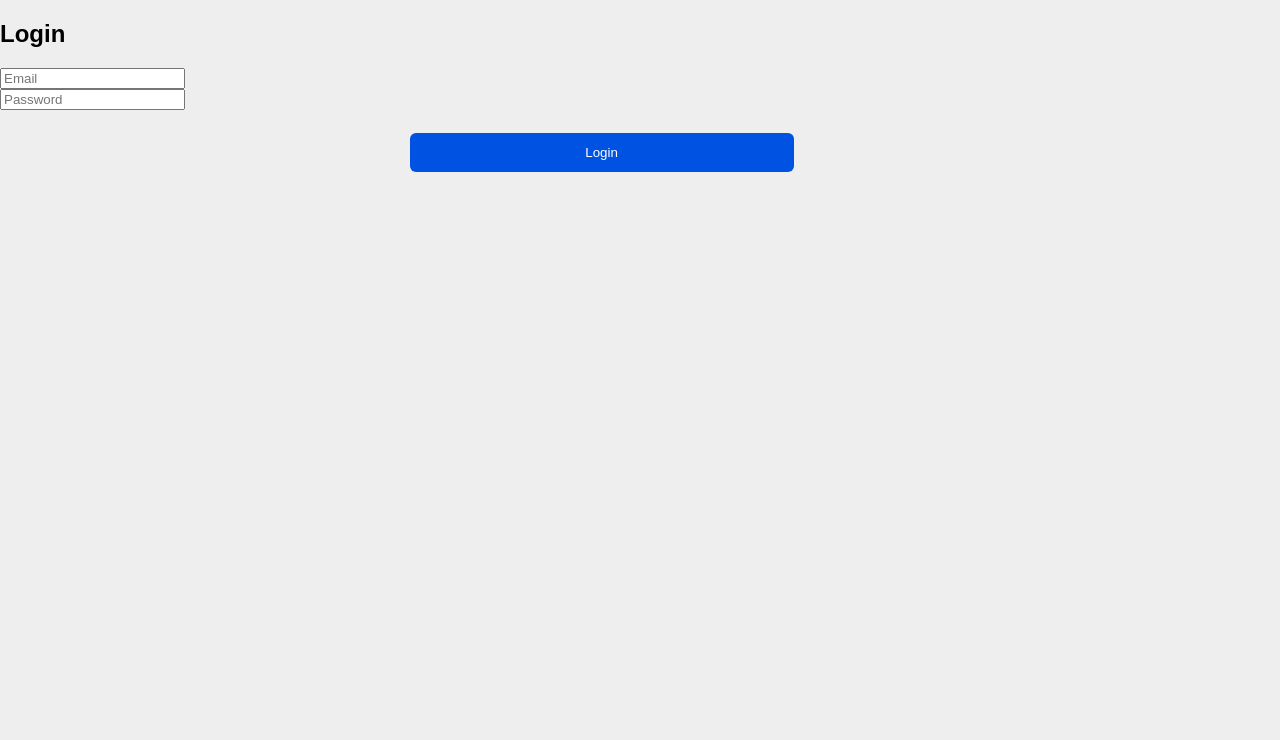
Repository: ragav-byte/Returns_radars
Page: / (app in frontend/)
An editor plug-in stored every save of this project. The page is shown before and after the next save, followed by the edit.
The browser window is 1280 px wide. The pictures show the whole page.
The project was rebuilt for these pictures with package versions that can differ from the ones it lists, and the page was loaded fresh each time. Also part of the build but not shown: frontend/src/components/GeminiPopup.css, frontend/src/components/GeminiPopup.js, frontend/src/components/ReturnHistory.js, frontend/src/components/Dashboard.js, frontend/src/components/AdminPanel.js.

Above is the page before, as saved 2025-06-29 18:52:35.

### frontend/public/index.html
<!DOCTYPE html>
<html lang="en">
  <head>
    <meta charset="UTF-8" />
    <link rel="icon" href="%PUBLIC_URL%/favicon.ico" />
    <meta name="viewport" content="width=device-width, initial-scale=1.0" />
    <meta name="theme-color" content="#ffffff" />
    <title>Returns Radar</title>
  </head>
  <body>
    <noscript>You need to enable JavaScript to run this app.</noscript>
    <div id="root"></div>
  </body>
</html>

### frontend/src/index.js
import React, { useState, useEffect } from 'react';
import ReactDOM from 'react-dom/client';
import './index.css';

import Login from './components/Login';
import Dashboard from './components/Dashboard';
import AdminPanel from './components/AdminPanel';

import { auth, db } from './firebase/config';
import { onAuthStateChanged } from 'firebase/auth';
import { doc, getDoc } from 'firebase/firestore';

const App = () => {
  const [user, setUser] = useState(null);
  const [role, setRole] = useState(null);
  const [loading, setLoading] = useState(true);

  useEffect(() => {
    const unsubscribe = onAuthStateChanged(auth, async (currentUser) => {
      if (currentUser) {
        setUser(currentUser);

        // fetch role from Firestore
        const userDoc = await getDoc(doc(db, "users", currentUser.uid));
        if (userDoc.exists()) {
          setRole(userDoc.data().role || "user"); // default to 'user'
        } else {
          setRole("user");
        }
      } else {
        setUser(null);
        setRole(null);
      }
      setLoading(false);
    });

    return () => unsubscribe();
  }, []);

  if (loading) return <div>Loading...</div>;

  if (!user) return <Login />;

  if (role === "admin") {
    return <AdminPanel user={user} onLogout={() => auth.signOut()} />;
  }

  return <Dashboard user={user} onLogout={() => auth.signOut()} />;
};

const root = ReactDOM.createRoot(document.getElementById('root'));
root.render(<App />);

### frontend/src/index.css
body {
  margin: 0;
  font-family: -apple-system, BlinkMacSystemFont, 'Segoe UI', 'Roboto', 'Oxygen',
    'Ubuntu', 'Cantarell', 'Fira Sans', 'Droid Sans', 'Helvetica Neue',
    sans-serif;
  -webkit-font-smoothing: antialiased;
  -moz-osx-font-smoothing: grayscale;
}

code {
  font-family: source-code-pro, Menlo, Monaco, Consolas, 'Courier New',
    monospace;
}

* {
  box-sizing: border-box;
}

html, body, #root {
  height: 100%;
}

### frontend/src/components/Login.js
// components/Login.js
import React, { useState } from "react";
import { signInWithEmailAndPassword } from "firebase/auth";
import { auth, db } from "../firebase/config";
import { doc, getDoc } from "firebase/firestore";

export default function Login({ onLoginSuccess }) {
  const [email, setEmail] = useState("");
  const [password, setPassword] = useState("");
  const [error, setError] = useState("");

  const handleLogin = async (e) => {
    e.preventDefault();
    try {
      const userCredential = await signInWithEmailAndPassword(auth, email, password);
      const uid = userCredential.user.uid;

      const userDoc = await getDoc(doc(db, "users", uid));
      const userData = userDoc.data();

      onLoginSuccess({ uid, ...userData });
    } catch (err) {
      setError(err.message);
    }
  };

  return (
    <form onSubmit={handleLogin}>
      <h2>Login</h2>
      <input
        type="email"
        placeholder="Email"
        value={email}
        onChange={(e) => setEmail(e.target.value)}
        required
      />
      <br />
      <input
        type="password"
        placeholder="Password"
        value={password}
        onChange={(e) => setPassword(e.target.value)}
        required
      />
      <br />
      <button type="submit">Login</button>
      {error && <p style={{ color: "red" }}>{error}</p>}
    </form>
  );
}

### frontend/src/firebase/config.js
import { initializeApp } from "firebase/app";
import { getAuth } from "firebase/auth";
import { getFirestore, serverTimestamp } from "firebase/firestore"; // ✅ Firestore only

const firebaseConfig = {
  apiKey: "AIzaSyCeB2jMvDdUHUTANY8iFS9hsTug-2JGjrU",
  authDomain: "returnsradar.firebaseapp.com",
  projectId: "returnsradar",
  storageBucket: "returnsradar.appspot.com",
  messagingSenderId: "29621255516",
  appId: "1:29621255516:web:de4b66341c26bb01379599"
};

const app = initializeApp(firebaseConfig);
const db = getFirestore(app);

export const auth = getAuth(app);
export { db, serverTimestamp };

### frontend/src/components/Dashboard.css
*{
  font-family: "Poppins",sans-serif;
}
body{
  background-color: #eeeeee;
}
.logo{
    position: relative;
    left: 3%;
    top: 20px;
}
.nav-bar{
  background-color: #0053E2;
  width: 100%;
  height: 80px;
  position: absolute;
}

.dash-container {
width: 50%;
    background: #FFF;
    padding: 24px;
    border-radius: 10px;
    height: 77.5vh;
    font-family: 'Segoe UI', sans-serif;
    margin-top: 129px;
    margin-left: 23px;

}

.dash-header {
  display: flex;
  justify-content: space-between;
  align-items: center;
}
.dash-heading{
   color: #000;
   font-size: 20px;
   font-weight: 600;
   margin: 0;
}
.clock-btn {
  background: #eee;
  padding: 8px 12px;
  border: none;
  border-radius: 6px;
  cursor: pointer;
}

.return-form {
  display: flex;
  flex-direction: column;
  gap: 10px;
  margin-top: 20px;
}

input[type="text"], textarea, input[type="file"] {
  width: 100%;
  padding: 10px;
  border: 1px solid #ccc;
  border-radius: 6px;
}
.flex-2{
  width: 50%;
}
textarea {
  resize: vertical;
}

button[type="submit"] {
background-color: #0053E2;
    color: white;
    padding: 12px;
    border: none;
    border-radius: 6px;
    cursor: pointer;
    width: 30%;
    margin-left: 32%;
    margin-top: 23px;
}

button[type="submit"]:hover {
  background-color: #0053E2;
  color: #FDBB30;
}
 .text-input{
   border-radius: 15px;
border: 1px solid rgba(0, 0, 0, 0.28);
background: #FFF;
 }
  .text-input-desc{
   border-radius: 6px;
border: 1px solid rgba(0, 0, 0, 0.28);
background: #FFF;
 }
.upload-container {
      display: flex;
    align-items: center;
    gap: 12px;
    margin-top: 20px;
    width: 65%;
    margin-left: 29px;
}

.file-name {
  font-size: 14px;
   font-weight: 600;
  color: #000;
  flex: 1;
  overflow: hidden;
  white-space: nowrap;
  text-overflow: ellipsis;
}

.custom-file-upload {
    border: 1px solid rgba(0, 0, 0, 0.28);
    color: #878181;
    padding: 8px 9px;
    border-radius: 8px;
    cursor: pointer;
    font-weight: 400;
    font-size: 12px;
    transition: background 0.3s ease;
}

.custom-file-upload:hover {
  color: #FDBB30;
}

.inp-plc-hld{
  margin: 0;
  font-weight: 600;
  color: #000;
      position: relative;
    top: 11px;
}
.dash-body{
  display: flex;
}

.product-info-box{
    width: 93%;
    height: 150px;
    top: 129px;
    position: relative;
    background-color: #FFF;
    border-radius: 10px;
    left: 20px;
    padding: 20px;
}
.prod-box{
    width: 70%;
    height: 88px;
    overflow-y: hidden;
    background-color: #eeeeee;
    border-radius: 10px;
    top: 2px;
    position: relative;
    left: 8%;
}
.prod-name-specs{
    position: relative;
    left: 29%;
    width: max-content;
    font-weight: 600;
     font-size: 13px;
}
.prod-name-text{
    position: relative;
    left: 29%;
    width: max-content;
    font-weight: 600;
    font-size: 13px;
}
.prod-name-img{
    width: 76px;
    height: max-content;
    position: relative;
    top: 24px;
    left: 12px;
    background-color: #fff;
    border-radius: 10px;
}
.prod-img-box{
    width: 150px;
    height: 147px;
    position: relative;
    top: -96px;
}

.steps-container {
background-color: #fff;
border-radius: 12px;
    padding: 20px;
    width: 93%;
    height: 56vh;
    position: relative;
    top: 118px;
    margin: 19px;
}

.steps-heading {
  font-size: 1.5rem;
  margin-bottom: 1rem;
  color: #2c3e50;
  text-align: center;
}

.steps-list {
    padding-left: 1.5rem;
    line-height: 4.1;
    top: -2px;
    position: relative;
    left: 9px;
    font-size: 13px;
}

.steps-list-item {
  font-size: 1rem;
  margin-bottom: 0.5rem;
  color: #34495e;
}
ul{
  list-style: none;
}
.background-shape {
    position: absolute;
    top: 78px;
    left: 19px;
    width: 23px;
    height: 287px;
    z-index: 0;
}

After the next save:
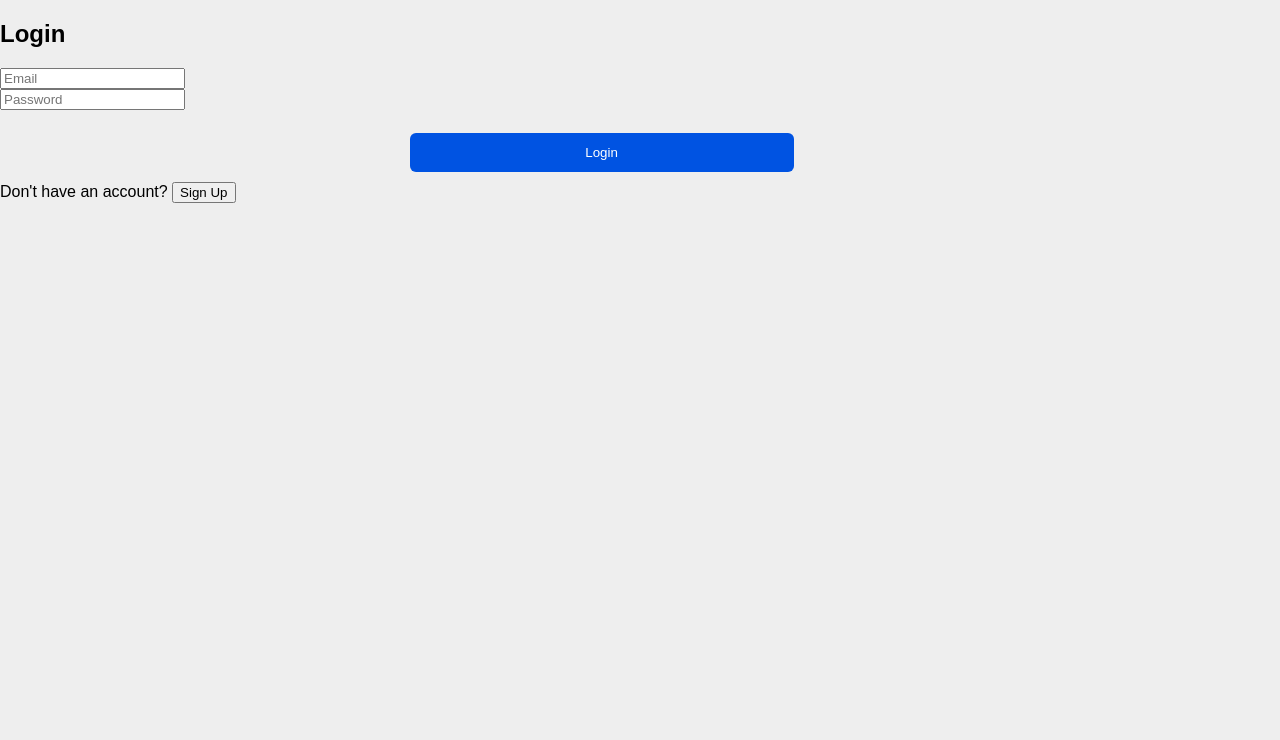
Saved 4 min 38 s later.
--- a/frontend/src/components/Login.js
+++ b/frontend/src/components/Login.js
@@ -1,24 +1,42 @@
-// components/Login.js
 import React, { useState } from "react";
-import { signInWithEmailAndPassword } from "firebase/auth";
+import { signInWithEmailAndPassword, createUserWithEmailAndPassword } from "firebase/auth";
 import { auth, db } from "../firebase/config";
-import { doc, getDoc } from "firebase/firestore";
+import { doc, getDoc, setDoc } from "firebase/firestore";
 
 export default function Login({ onLoginSuccess }) {
+  const [isSignup, setIsSignup] = useState(false);
   const [email, setEmail] = useState("");
   const [password, setPassword] = useState("");
   const [error, setError] = useState("");
 
   const handleLogin = async (e) => {
     e.preventDefault();
+    setError("");
+
     try {
-      const userCredential = await signInWithEmailAndPassword(auth, email, password);
-      const uid = userCredential.user.uid;
+      if (isSignup) {
+        // 🔥 Create a new user
+        const userCredential = await createUserWithEmailAndPassword(auth, email, password);
+        const uid = userCredential.user.uid;
 
-      const userDoc = await getDoc(doc(db, "users", uid));
-      const userData = userDoc.data();
+        // Create a default Firestore document for user
+        const defaultUserData = {
+          email,
+          role: "user", // or "admin" if testing admin dashboard
+        };
 
-      onLoginSuccess({ uid, ...userData });
+        await setDoc(doc(db, "users", uid), defaultUserData);
+        onLoginSuccess({ uid, ...defaultUserData });
+
+      } else {
+        // ✅ Login existing user
+        const userCredential = await signInWithEmailAndPassword(auth, email, password);
+        const uid = userCredential.user.uid;
+        const userDoc = await getDoc(doc(db, "users", uid));
+        const userData = userDoc.data();
+
+        onLoginSuccess({ uid, ...userData });
+      }
     } catch (err) {
       setError(err.message);
     }
@@ -26,24 +44,33 @@
 
   return (
     <form onSubmit={handleLogin}>
-      <h2>Login</h2>
+      <h2>{isSignup ? "Sign Up" : "Login"}</h2>
+
       <input
         type="email"
         placeholder="Email"
         value={email}
         onChange={(e) => setEmail(e.target.value)}
         required
-      />
-      <br />
+      /><br />
+
       <input
         type="password"
         placeholder="Password"
         value={password}
         onChange={(e) => setPassword(e.target.value)}
         required
-      />
-      <br />
-      <button type="submit">Login</button>
+      /><br />
+
+      <button type="submit">{isSignup ? "Sign Up" : "Login"}</button>
+
+      <p style={{ marginTop: "10px" }}>
+        {isSignup ? "Already have an account?" : "Don't have an account?"}{" "}
+        <button type="button" onClick={() => setIsSignup(!isSignup)}>
+          {isSignup ? "Login" : "Sign Up"}
+        </button>
+      </p>
+
       {error && <p style={{ color: "red" }}>{error}</p>}
     </form>
   );
